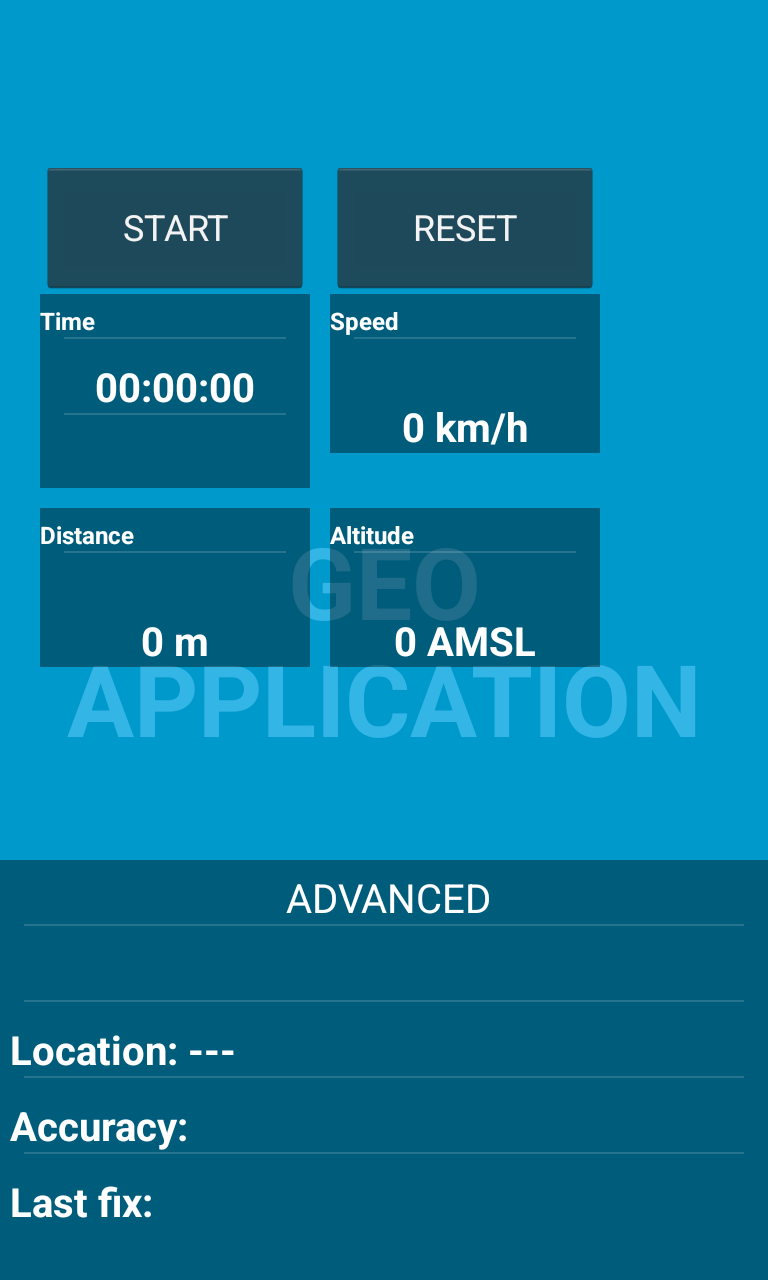
Repository: sebastianR1001/GeoApplication
Layout: GeoApplication/res/layout/activity_fullscreen.xml
An editor plug-in stored every save of this project. The layout is shown before and after the next save, followed by the edit.
It is drawn on a 768 x 1280 px phone screen (xhdpi) without system bars, with theme FullscreenTheme; the app's code is not run.

Above is the layout before, as saved 2014-10-24 18:32:12.

After the next save:
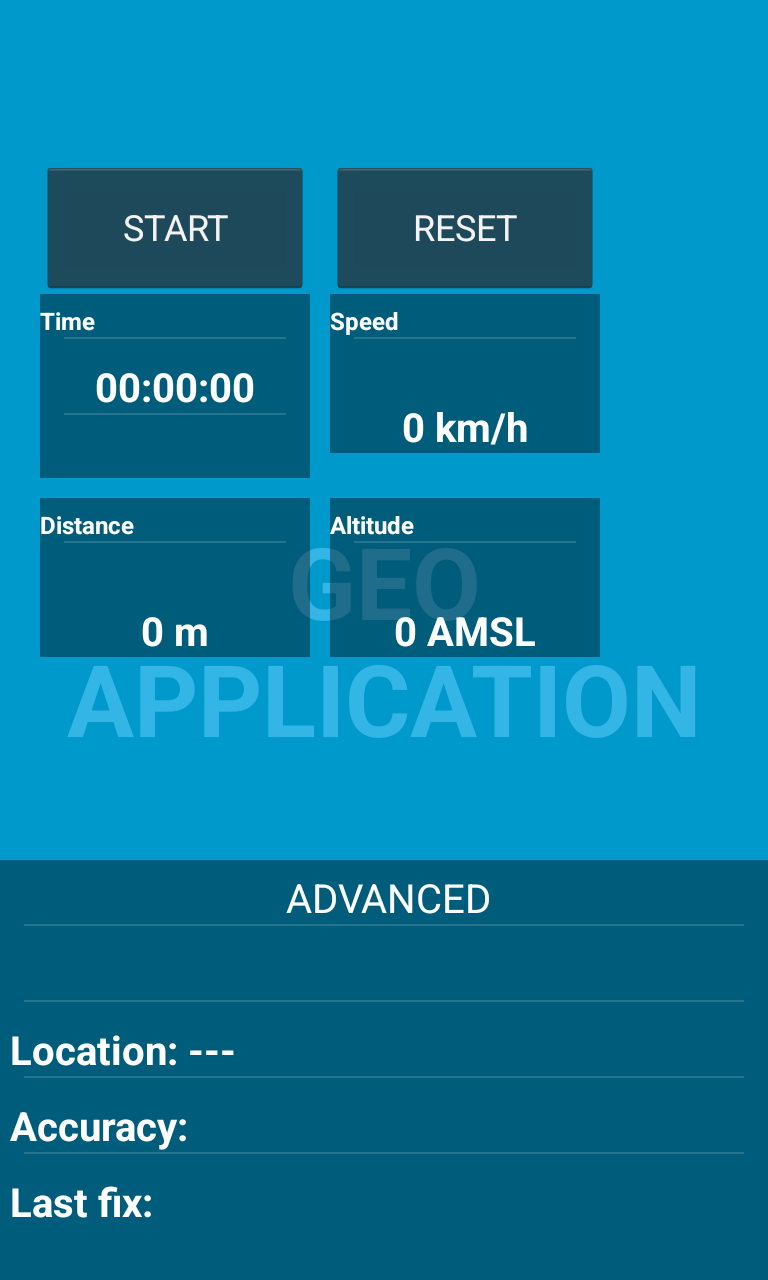
Saved 4 s later.
--- a/GeoApplication/res/layout/activity_fullscreen.xml
+++ b/GeoApplication/res/layout/activity_fullscreen.xml
@@ -93,7 +93,7 @@
 			    <TextView
 			        android:layout_width="match_parent"
 			        android:layout_height="match_parent"
-			        android:layout_marginTop="20dp"
+			        android:layout_marginTop="15dp"
 			        android:textColor="#ffffff"
 			        android:textSize="12sp"
 			        android:textStyle="bold" />
